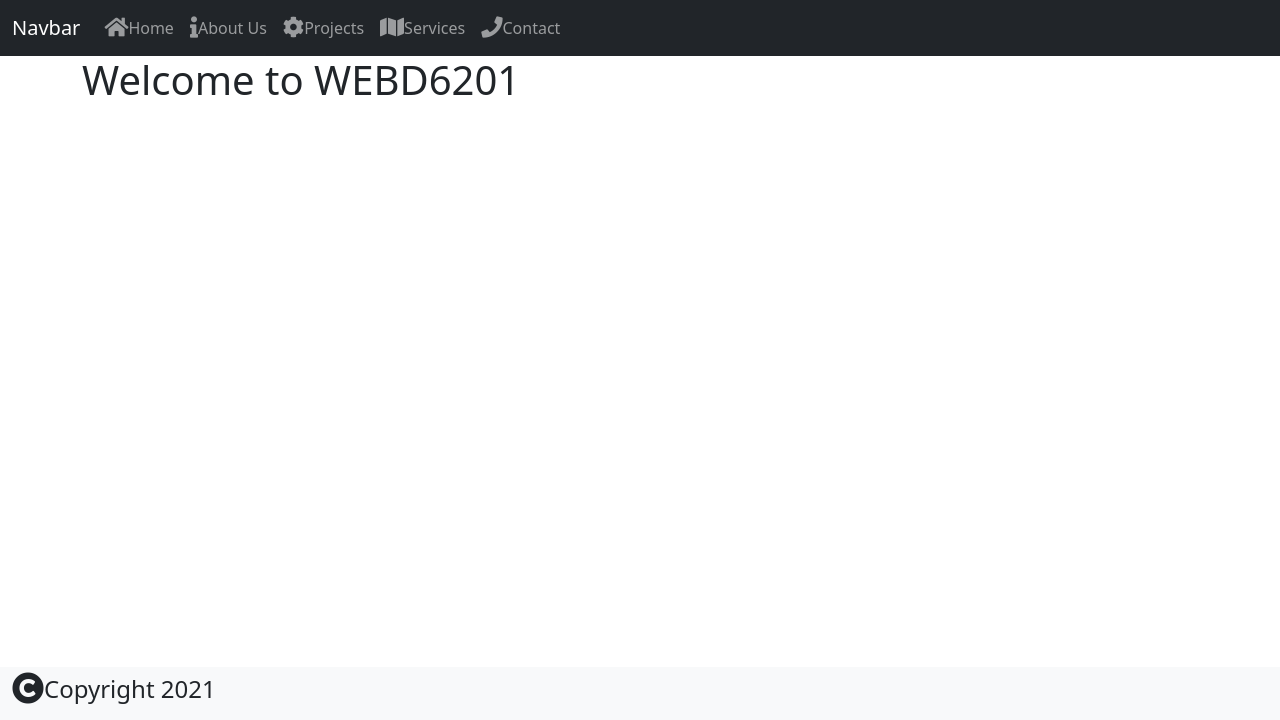
Repository: deividwsantoss/webd6201-W2021-ICE1
Page: Index.html
These files come from the project's save history. The page is drawn as it stood at one moment and after the next save; the edit follows.
The browser window is 1280 px wide. The pictures show the whole page.

Above is the page before, as saved 2021-02-02 10:43:38.
Console error: TypeError: Cannot set properties of null (setting 'textContent')

### Index.html
<!DOCTYPE html>
<html lang="en">
<head>
    <meta charset="UTF-8">
    <meta name="viewport" content="width=device-width, initial-scale=1.0">
    <title>WEBD6201 - W2021 - ICE 1</title>
</head>
<!-- CSS SECTION -->
<link rel="stylesheet" href="./node_modules/bootstrap/dist/css/bootstrap.min.css">
<link rel="stylesheet" href="./node_modules/@fortawesome/fontawesome-free/css/all.min.css">
<link rel="stylesheet" href="./Content/app.css">

<body>
    <header>
        <nav class="navbar navbar-expand-lg navbar-dark bg-dark">
            <div class="container-fluid">
              <a class="navbar-brand" href="#">Navbar</a>
              <button class="navbar-toggler" type="button" data-bs-toggle="collapse" data-bs-target="#navbarSupportedContent" aria-controls="navbarSupportedContent" aria-expanded="false" aria-label="Toggle navigation">
                <span class="navbar-toggler-icon"></span>
              </button>
              <div class="collapse navbar-collapse" id="navbarSupportedContent">
                <ul class="navbar-nav me-auto mb-2 mb-lg-0">
                  <li class="nav-item">
                    <a class="nav-link" aria-current="page" href="#"><i class="fas fa-home fa-lg"></i>Home</a>
                  </li>
                  <li class="nav-item">
                    <a class="nav-link" aria-current="page" href="#"><i class="fas fa-info fa-lg"></i>About Us</a>
                  </li>
                  <li class="nav-item">
                    <a class="nav-link" aria-current="page" href="#"><i class="fas fa-cog fa-lg"></i>Projects</a>
                  </li>
                  <li class="nav-item">
                    <a class="nav-link" aria-current="page" href="#"><i class="fas fa-map fa-lg"></i>Services</a>
                  </li>
                  <li class="nav-item">
                    <a class="nav-link" aria-current="page" href="#"><i class="fas fa-phone fa-lg"></i>Contact</a>
                  </li>

                </ul>

              </div>
            </div>
          </nav>
    </header>
    <main class="container">

        <h1>Welcome to WEBD6201 </h1>
    </main>

    <footer>
        <nav class="navbar fixed-bottom navbar-light bg-light">
            <div class="container-fluid">
                <h4><i class="fas fa-copyright fa-lg"></i>Copyright 2021 </h4>
            </div>
          </nav>

    </footer>
    <!-- Script Section-->
    <script src="./node_modules/jquery/dist/jquery.min.js"></script>
    <script src="./node_modules/bootstrap/dist/js/bootstrap.bundle.min.js"></script>
    <script src="./Scripts/app.js"></script>
</body>
</html>

### Scripts/app.js
/* Custom JavaScript goes here */


// IIFE -
//AKA - Anonymous self-excuting function

"use strict";

(function()
{


    function Start()
    {
        console.log("App Started...")

        let paragraphOneText = "This is a simple site to demonstrate DOM manipulation for ICE 1";
        let paragraphOneElement = document.getElementById("paragraphOne");

        //let paragraphOneParagraph = document.getElementsByTagName("p")[0];
        //let paragraphOneQuery = document.querySelector("p");
        //let paragraphOneQuerys = document.querySelectorAll("p")[0];

        paragraphOneElement.textContent = paragraphOneText;


    }
    window.addEventListener("load", Start);


})();

Loaded but not shown: node_modules/bootstrap/dist/css/bootstrap.min.css (library); node_modules/@fortawesome/fontawesome-free/css/all.min.css (library); node_modules/jquery/dist/jquery.min.js (library); node_modules/bootstrap/dist/js/bootstrap.bundle.min.js (library); Content/app.css (no stored copy; drawn as an empty file)

After the next save:
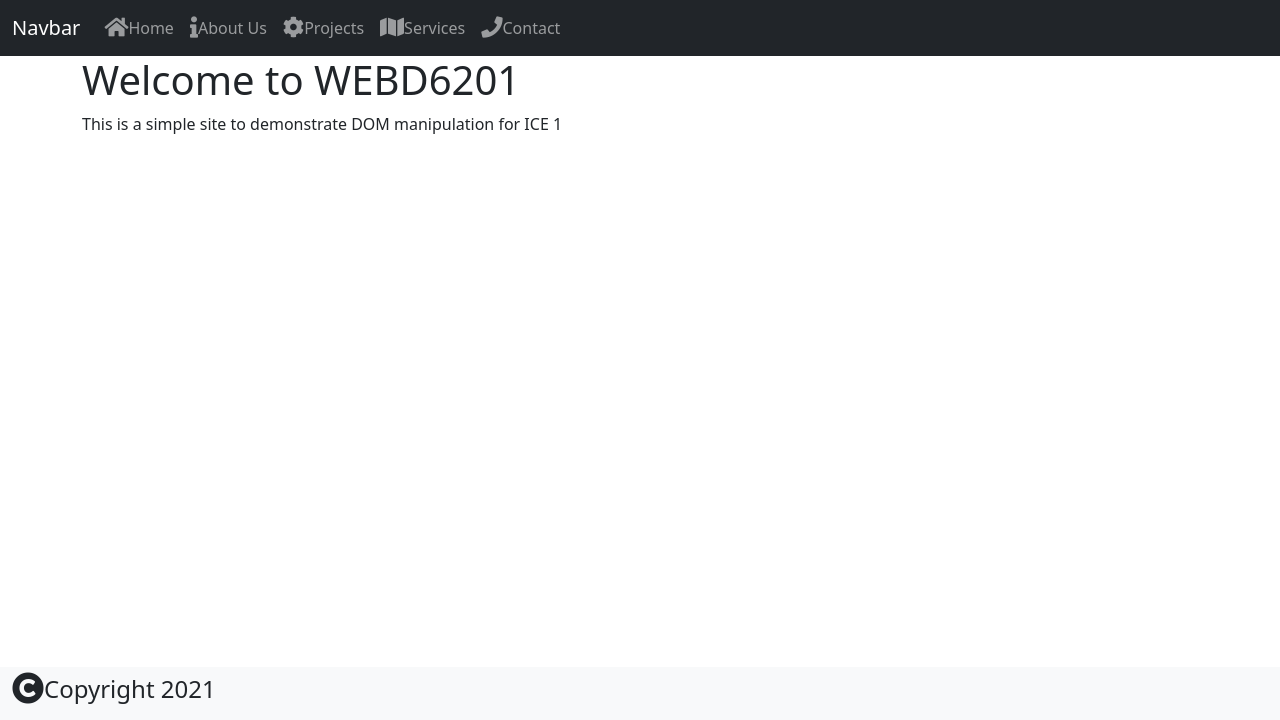
The error is gone.
Saved 14 s later.
--- a/Index.html
+++ b/Index.html
@@ -45,6 +45,7 @@
     <main class="container">
 
         <h1>Welcome to WEBD6201 </h1>
+        <p id="paragraphOne"> </p>
     </main>
 
     <footer>
